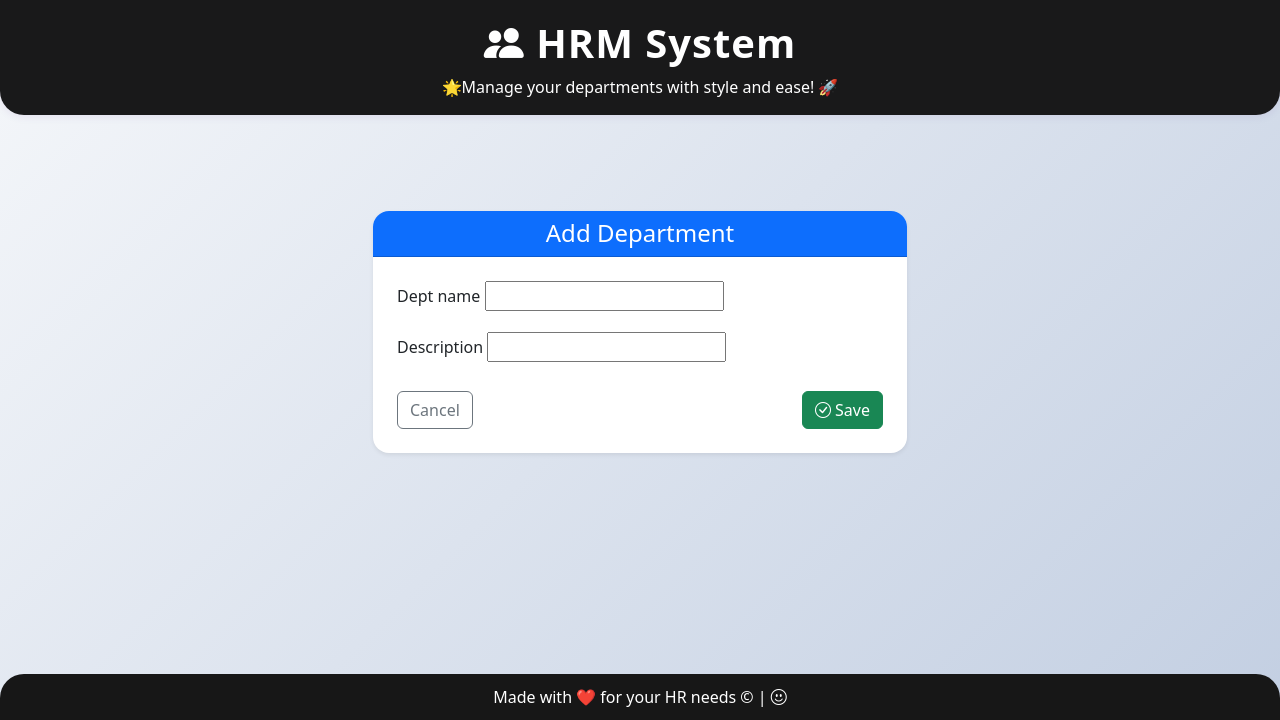
Repository: rtrupti09/HRMS
Page: http://localhost/departments/add/
An editor plug-in stored every save of this project. The page is shown before and after the next save, followed by the edit.
The browser window is 1280 px wide. The pictures show the whole page.
The page is served by the project's application, run on Django 5.2 (hrm_system/manage.py). The first stored user is signed in. Other server files are loaded and not shown. The page reads the database file committed with the project.

Above is the page before, as saved 2025-06-22 16:03:11.

### hrm_system/templates/department/add_edit.html
{% extends "base.html" %}
{% block content %}
<div class="container py-5">
    <div class="row justify-content-center">
        <div class="col-md-8 col-lg-6">
            <div class="card shadow-sm border-0 rounded-4">
                <div class="card-header bg-primary text-white rounded-top-4">
                    <h4 class="mb-0 text-center">
                        {{ form.instance.pk|yesno:"Edit Department,Add Department" }}
                    </h4>
                </div>
                <div class="card-body p-4">
                    <form method="post" novalidate>
                        {% csrf_token %}
                        {% for field in form %}
                            <div class="mb-3">
                                <label for="{{ field.id_for_label }}" class="form-label">{{ field.label }}</label>
                                {{ field }}
                                {% if field.errors %}
                                    <div class="text-danger small">
                                        {{ field.errors|striptags }}
                                    </div>
                                {% endif %}
                            </div>
                        {% endfor %}

                        <div class="d-flex justify-content-between mt-4">
                            <a href="{% url 'department_dashboard' %}" class="btn btn-outline-secondary">
                                Cancel
                            </a>
                            <button type="submit" class="btn btn-success">
                                <i class="bi bi-check-circle"></i> Save
                            </button>
                        </div>
                    </form>
                </div>
            </div>
        </div>
    </div>
</div>
{% endblock %}

### hrm_system/templates/base.html
<!-- templates/base.html -->
<!DOCTYPE html>
<html lang="en">
<head>
    <meta charset="UTF-8">
    <title>HRM System</title>
    <meta name="viewport" content="width=device-width, initial-scale=1">
    <link href="https://cdn.jsdelivr.net/npm/bootstrap@5.3.0/dist/css/bootstrap.min.css" rel="stylesheet">
    <link rel="stylesheet" href="https://cdn.jsdelivr.net/npm/bootstrap-icons@1.10.5/font/bootstrap-icons.css">
    <style>
    html, body {
        height: 100%;
        margin: 0;
        display: flex;
        flex-direction: column;
    }

    body {
        background: linear-gradient(135deg, #f5f7fa 0%, #c3cfe2 100%);
    }

    body > .container {
        flex: 1 0 auto;
    }

    .hrm-header {
        background: #19191a;
        color: #fff;
        padding: 1.2rem 0 1rem 0;
        border-radius: 0 0 24px 24px;
        box-shadow: 0 2px 8px rgba(75,0,130,0.08);
        margin-bottom: 2rem;
    }

    .hrm-footer {
        background: #171717;
        color: #fff;
        text-align: center;
        padding: 0.7rem 0;
        border-radius: 24px 24px 0 0;
        font-size: 1rem;
        flex-shrink: 0;
    }
</style>

    {% block extra_head %}{% endblock %}
</head>
<body>
    <div class="hrm-header text-center">
        <h1 style="font-weight:bold; letter-spacing:1px;"><i class="bi bi-people-fill"></i> HRM System</h1>
        <p class="mb-0">🌟Manage your departments with style and ease! 🚀</p>
    </div>
    <div class="container pt-3">
        {% if messages %}
        <div>
            {% for message in messages %}
                <div class="alert alert-{{ message.tags }} alert-dismissible fade show" role="alert">
                    {{ message }}
                    <button type="button" class="btn-close" data-bs-dismiss="alert"></button>
                </div>
            {% endfor %}
        </div>
        {% endif %}
        {% block content %}{% endblock %}
    </div>
    <div class="hrm-footer">
        <span>Made with ❤️ for your HR needs &copy; {{ now|date:'Y' }} | <i class="bi bi-emoji-smile"></i></span>
    </div>
</body>
</html>

### hrm_system/department/forms.py
# department/forms.py
from django import forms
from .models import Department

class DepartmentForm(forms.ModelForm):
    class Meta:
        model = Department
        fields = ['dept_name', 'description']

### hrm_system/department/models.py
# department/models.py
from django.db import models

class Department(models.Model):
    dept_name = models.CharField(max_length=100)
    description = models.CharField(max_length=300)
    created_at = models.DateTimeField(auto_now_add=True)
    updated_at = models.DateTimeField(auto_now=True)
    status = models.BooleanField(default=True)

    def __str__(self):
        return self.dept_name

### hrm_system/department/views.py
# department/views.py
from django.shortcuts import render, redirect, get_object_or_404
from .models import Department
from .forms import DepartmentForm
from django.contrib import messages
from django.contrib.auth.decorators import user_passes_test

def admin_required(view_func):
    return user_passes_test(lambda u: u.is_superuser)(view_func)

@admin_required
def department_dashboard(request):
    departments = Department.objects.all()
    query = request.GET.get("search", "")
    if query:
        departments = departments.filter(dept_name__icontains=query)
    return render(request, "department/dashboard.html", {"departments": departments})

@admin_required
def add_department(request):
    if request.method == "POST":
        form = DepartmentForm(request.POST)
        if form.is_valid():
            form.save()
            messages.success(request, "Department added successfully.")
            return redirect('department_dashboard')
    else:
        form = DepartmentForm()
    return render(request, "department/add_edit.html", {"form": form})

@admin_required
def edit_department(request, dept_id):
    department = get_object_or_404(Department, pk=dept_id)
    if request.method == "POST":
        form = DepartmentForm(request.POST, instance=department)
        if form.is_valid():
            form.save()
            messages.success(request, "Department updated successfully.")
            return redirect('department_dashboard')
    else:
        form = DepartmentForm(instance=department)
    return render(request, "department/add_edit.html", {"form": form})

@admin_required
def delete_department(request, dept_id):
    department = get_object_or_404(Department, pk=dept_id)
    if request.method == "POST":
        department.status = False  # Soft delete
        department.save()
        messages.warning(request, "Department deactivated. Reassign employees before deletion.")
        return redirect('department_dashboard')
    return render(request, "department/confirm_delete.html", {"department": department})

### hrm_system/hrm_system/urls.py
"""
URL configuration for hrm_system project.

The `urlpatterns` list routes URLs to views. For more information please see:
    https://docs.djangoproject.com/en/5.2/topics/http/urls/
Examples:
Function views
    1. Add an import:  from my_app import views
    2. Add a URL to urlpatterns:  path('', views.home, name='home')
Class-based views
    1. Add an import:  from other_app.views import Home
    2. Add a URL to urlpatterns:  path('', Home.as_view(), name='home')
Including another URLconf
    1. Import the include() function: from django.urls import include, path
    2. Add a URL to urlpatterns:  path('blog/', include('blog.urls'))
"""
# hrm_system/urls.py

from django.contrib import admin
from django.urls import path, include
from django.shortcuts import redirect

urlpatterns = [
    path('admin/', admin.site.urls),
    path('departments/', include('department.urls')),
    path('accounts/', include('django.contrib.auth.urls')),  # ✅ Add this line
    path('', lambda request: redirect('department_dashboard')),
]

### hrm_system/department/urls.py
# department/urls.py
from django.urls import path
from . import views

urlpatterns = [
    path('', views.department_dashboard, name='department_dashboard'),
    path('add/', views.add_department, name='add_department'),
    path('edit/<int:dept_id>/', views.edit_department, name='edit_department'),
    path('delete/<int:dept_id>/', views.delete_department, name='delete_department'),
]

### hrm_system/db.sqlite3 (the tables this page reads, as SQL)
CREATE TABLE "auth_user" ("id" integer NOT NULL PRIMARY KEY AUTOINCREMENT, "password" varchar(128) NOT NULL, "last_login" datetime NULL, "is_superuser" bool NOT NULL, "username" varchar(150) NOT NULL UNIQUE, "last_name" varchar(150) NOT NULL, "email" varchar(254) NOT NULL, "is_staff" bool NOT NULL, "is_active" bool NOT NULL, "date_joined" datetime NOT NULL, "first_name" varchar(150) NOT NULL);
INSERT INTO "auth_user" VALUES
(1, 'pbkdf2_sha256$1000000$klXm5yfIOGV7m5jneleXNI$T7tebBIVv4do04abtiFRVLbcZeciDKrjFDq6fdQjkgs=', '2025-06-22 09:39:57.673721', 1, 'admin', '', '', 1, 1, '2025-06-22 09:14:34.032178', '');

After the next save:
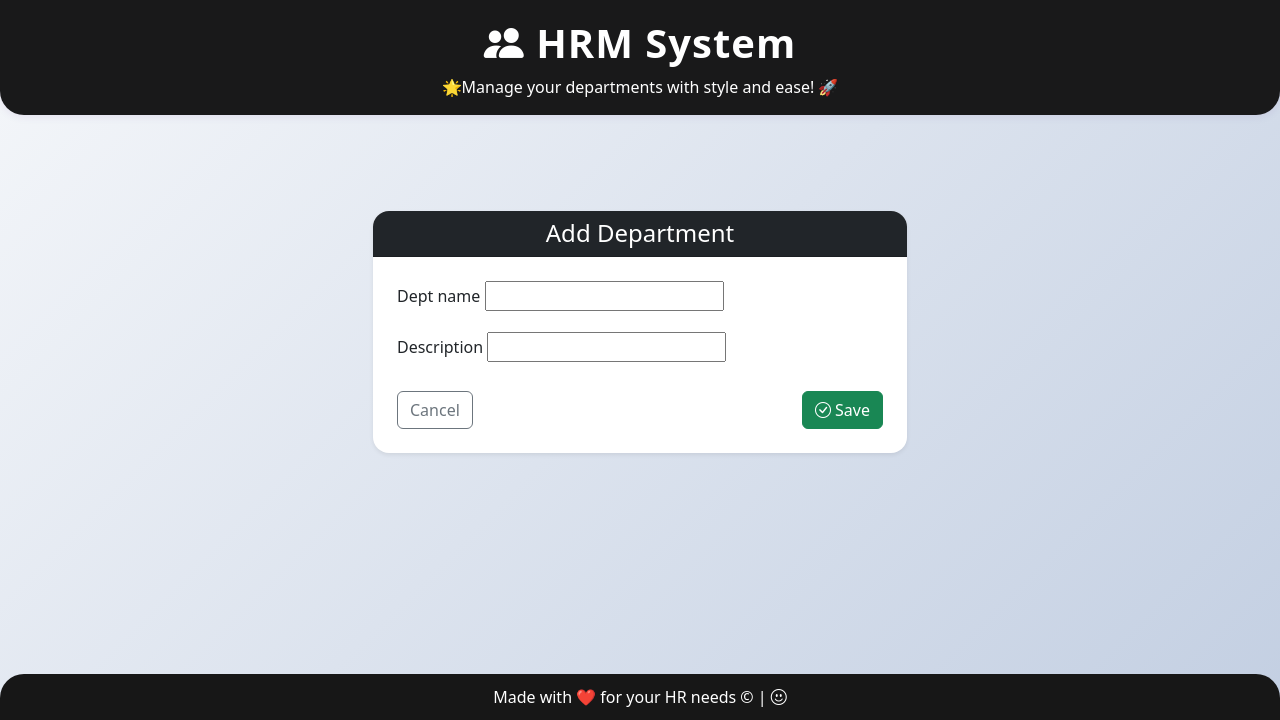
Saved 36 s later.
--- a/hrm_system/templates/department/add_edit.html
+++ b/hrm_system/templates/department/add_edit.html
@@ -4,7 +4,7 @@
     <div class="row justify-content-center">
         <div class="col-md-8 col-lg-6">
             <div class="card shadow-sm border-0 rounded-4">
-                <div class="card-header bg-primary text-white rounded-top-4">
+                <div class="card-header bg-dark text-white rounded-top-4">
                     <h4 class="mb-0 text-center">
                         {{ form.instance.pk|yesno:"Edit Department,Add Department" }}
                     </h4>
